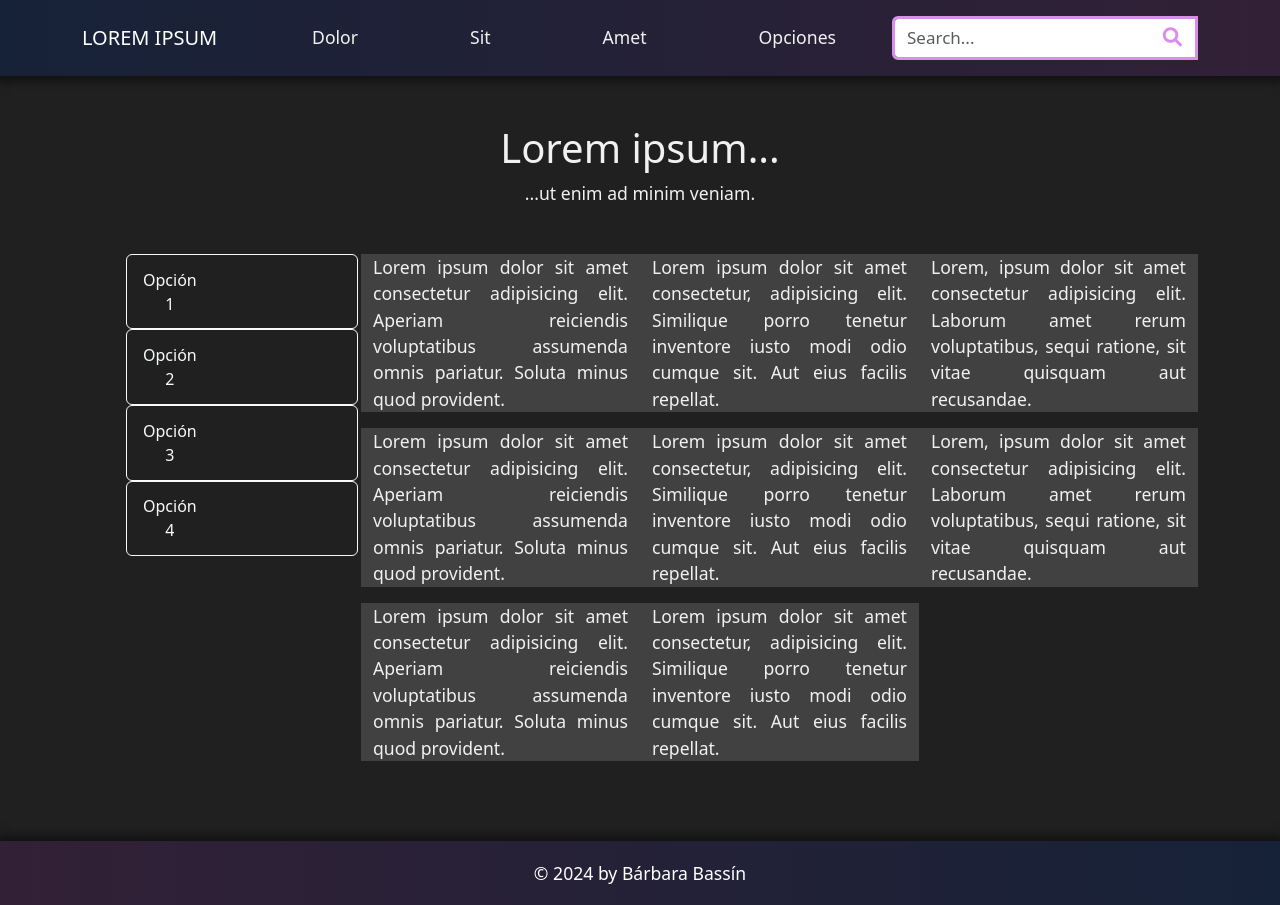
Repository: romancegirl/responsiveness
Page: index.html
An editor plug-in stored every save of this project. The page is shown before and after the next save, followed by the edit.
The browser window is 1280 px wide. The pictures show the whole page.

Above is the page before, as saved 2024-11-29 20:56:56.

### index.html
<!DOCTYPE html>
<html lang="en">

<head>
    <meta charset="UTF-8">
    <meta name="viewport" content="width=device-width, initial-scale=1.0">
    <title>Responsiveness - Bárbara Bassín</title>
    <link href="https://cdn.jsdelivr.net/npm/bootstrap@5.3.0/dist/css/bootstrap.min.css" rel="stylesheet">
    <link rel="stylesheet" href="https://cdnjs.cloudflare.com/ajax/libs/font-awesome/6.0.0-beta3/css/all.min.css">
    <link rel="stylesheet" href="css/header-and-footer.css">
    <link rel="stylesheet" href="css/styles.css">
</head>

<body>
    <!-- Header -->
    <header class="py-2">
        <div class="container d-flex align-items-center justify-content-between" id="profile">
            <h5 class="m-0">LOREM IPSUM</h5>
            <nav class="navbar navbar-expand-lg">
                <button class="navbar-toggler" type="button" data-bs-toggle="collapse" data-bs-target="#navbarNav"
                    aria-controls="navbarNav" aria-expanded="false" aria-label="Toggle navigation">
                    <i class="fas fa-bars"></i>
                </button>
                <div class="collapse navbar-collapse" id="navbarNav">
                    <ul class="navbar-nav">
                        <li class="nav-item"><a class="nav-link">Dolor</a></li>
                        <li class="nav-item"><a class="nav-link">Sit</a></li>
                        <li class="nav-item"><a class="nav-link">Amet</a></li>
                        <li class="nav-item"><a class="nav-link">Opciones</a></li>
                        <li>
                            <div class="search-container">
                                <form action="/action_page.php">
                                    <div class="input-group">
                                        <input type="text" class="form-control" placeholder="Search..." name="search">
                                        <button type="submit" class="btn">
                                            <i class="fa fa-search"></i>
                                        </button>
                                    </div>
                                </form>
                            </div>
                        </li>
                    </ul>

                </div>
            </nav>
        </div>
    </header>



    <!-- Main -->
    <main class="container my-5">
        <div>
            <h1>Lorem ipsum...</h1>
            <div id="textCarousel" class="carousel slide" data-bs-ride="carousel" data-bs-interval="2000">
                <div class="carousel-inner">
                    <div class="carousel-item active">
                        <p>...olor sit amet, consectetur adipiscing elit...</p>
                    </div>
                    <div class="carousel-item">
                        <p>...sed do eiusmod tempor incididunt ut labore...</p>
                    </div>
                    <div class="carousel-item">
                        <p>...ut enim ad minim veniam.</p>
                    </div>
                </div>
            </div>
        </div>


        <div class="container inside">
            <div class="row">
                <div class="col-3" id="options">
                    <ul>
                        <li><button type="button" class="btn btn-outline-light">Opción 1</button></li>
                        <li><button type="button" class="btn btn-outline-light">Opción 2</button></li>
                        <li><button type="button" class="btn btn-outline-light">Opción 3</button></li>
                        <li><button type="button" class="btn btn-outline-light">Opción 4</button></li>
                    </ul>
                </div>
                <div class="col-9" id="paragraphs">
                    <div class="row">
                        <div class="col-6 col-md-4 paragraph">Lorem ipsum dolor sit amet consectetur adipisicing elit.
                            Aperiam reiciendis voluptatibus assumenda omnis pariatur. Soluta minus quod provident.
                        </div>
                        <div class="col-6 col-md-4 paragraph">Lorem ipsum dolor sit amet consectetur, adipisicing elit.
                            Similique porro
                            tenetur inventore iusto modi odio cumque sit. Aut eius facilis repellat.</div>
                        <div class="col-6 col-md-4 paragraph">Lorem, ipsum dolor sit amet consectetur adipisicing elit.
                            Laborum
                            amet rerum
                            voluptatibus, sequi ratione, sit vitae quisquam aut recusandae.</div>
                        <div class="col-6 col-md-4 paragraph">Lorem ipsum dolor sit amet consectetur adipisicing elit.
                            Aperiam
                            reiciendis
                            voluptatibus assumenda omnis pariatur. Soluta minus quod provident.</div>
                        <div class="col-6 col-md-4 paragraph">Lorem ipsum dolor sit amet consectetur, adipisicing elit.
                            Similique porro
                            tenetur inventore iusto modi odio cumque sit. Aut eius facilis repellat.</div>
                        <div class="col-6 col-md-4 paragraph">Lorem, ipsum dolor sit amet consectetur adipisicing elit.
                            Laborum
                            amet rerum
                            voluptatibus, sequi ratione, sit vitae quisquam aut recusandae.</div>
                        <div class="col-6 col-md-4 paragraph">Lorem ipsum dolor sit amet consectetur adipisicing elit.
                            Aperiam
                            reiciendis
                            voluptatibus assumenda omnis pariatur. Soluta minus quod provident.</div>
                        <div class="col-6 col-md-4 paragraph">Lorem ipsum dolor sit amet consectetur, adipisicing elit.
                            Similique porro
                            tenetur inventore iusto modi odio cumque sit. Aut eius facilis repellat.</div>
                    </div>
                </div>
            </div>
        </div>
    </main>

    <!-- Footer -->
    <footer class="bg-dark text-center py-2">
        <div>&copy; 2024 by Bárbara Bassín</div>
    </footer>
    <script src="js/script.js"></script>
    <script src="https://cdn.jsdelivr.net/npm/bootstrap@5.3.0/dist/js/bootstrap.bundle.min.js"></script>
</body>

</html>

### css/header-and-footer.css
header {
    background: linear-gradient(to right, #162238, #322036);
    color: #fff;
    position: relative;
    box-shadow: 0 0 10px 5px rgba(0, 0, 0, 0.5);
}

main {
    min-height: 70vh;
    padding-bottom: 1rem;
    box-sizing: border-box;
}

a.nav-link {
    color: #f1f1f1;
}

a.nav-link:hover {
    color: #f6c7de;
    transition: color 0.3s, text-shadow 0.3s;
    transform: scale(1.05);
}

.search-container {
    display: flex;
    justify-content: center;
    align-items: center;
    position: relative;
}

.input-group .form-control {
    padding-right: 2.5rem;
    font-size: 17px;
    border: 0.2rem solid #d98fe9;
}

.input-group .btn {
    position: absolute;
    right: 1rem;
    top: 50%;
    transform: translateY(-50%);
    background-color: transparent;
    border: none;
    padding: 0;
    cursor: pointer;
}

.input-group .btn .fa-search {
    color: #d98fe9;
    font-size: 1.2rem;
}

.navbar-nav .nav-item {
    margin: 0 3rem 0 3rem;
}


/* navbar-toggle */

.navbar-toggler {
    border-color: #fff;
}

.navbar-toggler .fas {
    color: #fff;
    /* Cambia el color del ícono */
}

.navbar-collapse {
    justify-content: flex-end;
}

.navbar-toggler:hover {
    cursor: pointer;
}

.navbar-toggler:focus {
    outline: none;
    box-shadow: none;
}

@media (max-width: 995px) {

    .navbar-collapse {
        display: none;
        position: absolute;
        top: 119%;
        left: -190px;
        width: 100%;
        z-index: 999;
        flex-direction: column-reverse;
        align-items: center;
    }

    .navbar-collapse.show {
        display: flex;
    }

    .navbar {
        width: 60%;
    }

    .navbar-nav {
        background: linear-gradient(to right, #162238fd, #322036fd);
        color: #fff;
        padding: 1.5rem;
        border-radius: 0 0 50px 50px;
        font-weight: bold;
        text-align: center;
        box-shadow: 0 0 10px 5px rgba(0, 0, 0, 0.5);

    }

    .navbar-nav:hover {
        cursor: pointer;

    }

    a.nav-link:hover {
        color: #f6c7de;
        transition: color 0.3s, text-shadow 0.3s;
        transform: scale(1.05);
    }

    .navbar-nav .nav-item {
        margin: 10px 0;
    }

    .navbar a {
        float: none;
        display: block;
        text-align: center;
        width: 100%;
        margin: 0;
        padding: 0.5rem;
    }

    .navbar .search-container {
        float: none;
    }

    .navbar .search-container button {
        align-items: right;
    }

    .navbar input[type=text] {
        border-radius: 0.2rem;
        border: 0.2rem solid #d98fe9;
    }

}


@media (max-width: 768px) {

    .navbar-collapse {
        display: none;
        position: absolute;
        top: 119%;
        left: -140px;
        width: 100%;
        z-index: 999;
        flex-direction: column-reverse;
        align-items: center;
    }


}


footer {
    background: linear-gradient(to right, #322036, #162238);
    color: #fff;
    bottom: 0;
    min-height: 4rem;
    display: flex;
    justify-content: center;
    align-items: center;
    box-shadow: 0 0 10px 5px rgba(0, 0, 0, 0.5);
}

### css/styles.css
body {
    background-color: #202020;
    color: #f1f1f1;
    font-size: 110%;
}

/* Profile and resume */

.profile-photo {
    width: 250px;
    height: 250px;
    border: #a5c3ffcd;
    border-style: double;
    border-width: 5px;
    border-radius: 70px;
    display: flex;
    justify-content: center;
    align-items: center;
    overflow: hidden;
    /* Oculta cualquier parte de la imagen que se desborde */
    float: right;
}

/* titles */

h1 {
    text-align: center;
}

h2,
h3,
h4 {
    background: linear-gradient(#d98fe9, #5E91FA);
    -webkit-background-clip: text;
    background-clip: text;
    -webkit-text-fill-color: transparent;
}

h5 {
    margin: 0;
}

/* General */

#textCarousel {
    width: 40rem;
    margin: auto;
}

p {
    text-align: center;
}

.row {
    text-align: justify;
}

.paragraph {
margin-bottom: 1rem;
background-color: #414141;
}

.inside {
    margin-top: 2rem;
}

.btn-outline-light {
    padding: 0.8rem 10rem 0.8rem 1rem;
}

li {
    list-style: none;
}

/* Responsiveness */

.title-small,
.title-x-small {
    display: none;
}

@media screen and (max-width: 1400px) {

    .title-large,
    .title-x-small {
        display: none;
    }

    .title-small {
        display: block;
    }
}

@media screen and (max-width: 768px) {

    .title-large,
    .title-small {
        display: none;
    }

    .title-x-small {
        display: block;
        text-align: center;

    }

    #textCarousel {
        max-width: 90%; /* Usa un tamaño relativo en lugar de fijo */
    }
}

### js/script.js
document.addEventListener('click', function(event) {
    var navbar = document.querySelector('.navbar-collapse');
    var toggler = document.querySelector('.navbar-toggler');

    // Si el menú está abierto y se hace clic fuera de él, lo cierra
    if (navbar.classList.contains('show') && !navbar.contains(event.target) && !toggler.contains(event.target)) {
        var bsCollapse = new bootstrap.Collapse(navbar, {
            toggle: false
        });
        bsCollapse.hide();
    }
});

// Cerrar el menú automáticamente al hacer clic en cualquier enlace
var navLinks = document.querySelectorAll('.nav-link');
navLinks.forEach(function(link) {
    link.addEventListener('click', function() {
        var navbar = document.querySelector('.navbar-collapse');
        var bsCollapse = new bootstrap.Collapse(navbar, {
            toggle: false
        });
        bsCollapse.hide();
    });
});

After the next save:
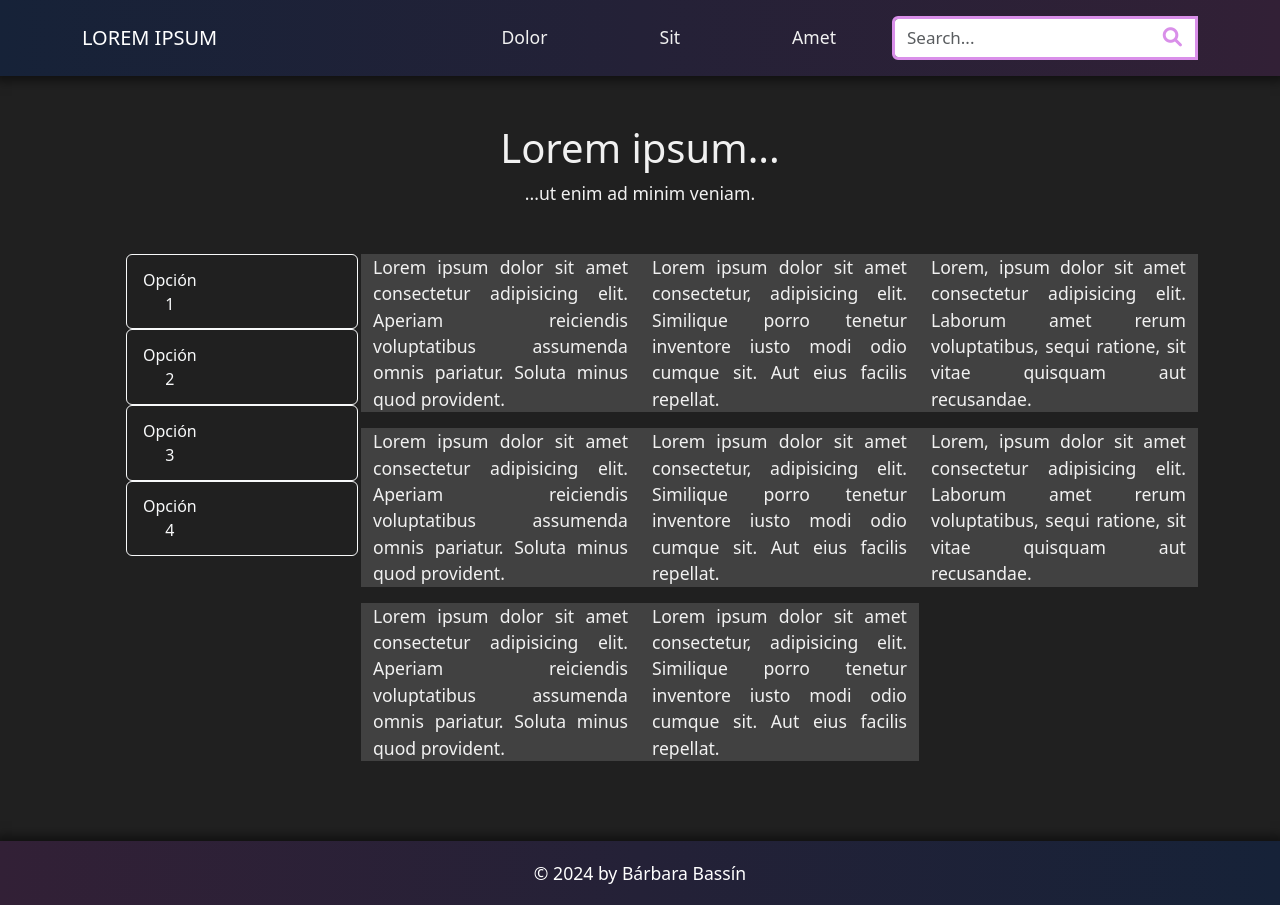
Saved 11 min 2 s later.
--- a/index.html
+++ b/index.html
@@ -26,7 +26,7 @@
                         <li class="nav-item"><a class="nav-link">Dolor</a></li>
                         <li class="nav-item"><a class="nav-link">Sit</a></li>
                         <li class="nav-item"><a class="nav-link">Amet</a></li>
-                        <li class="nav-item"><a class="nav-link">Opciones</a></li>
+                        <li class="nav-item d-lg-none"><a class="nav-link">Opciones</a></li>
                         <li>
                             <div class="search-container">
                                 <form action="/action_page.php">
@@ -40,7 +40,6 @@
                             </div>
                         </li>
                     </ul>
-
                 </div>
             </nav>
         </div>
@@ -70,7 +69,7 @@
 
         <div class="container inside">
             <div class="row">
-                <div class="col-3" id="options">
+                <div class="col-3 d-none d-lg-block" id="options">
                     <ul>
                         <li><button type="button" class="btn btn-outline-light">Opción 1</button></li>
                         <li><button type="button" class="btn btn-outline-light">Opción 2</button></li>
